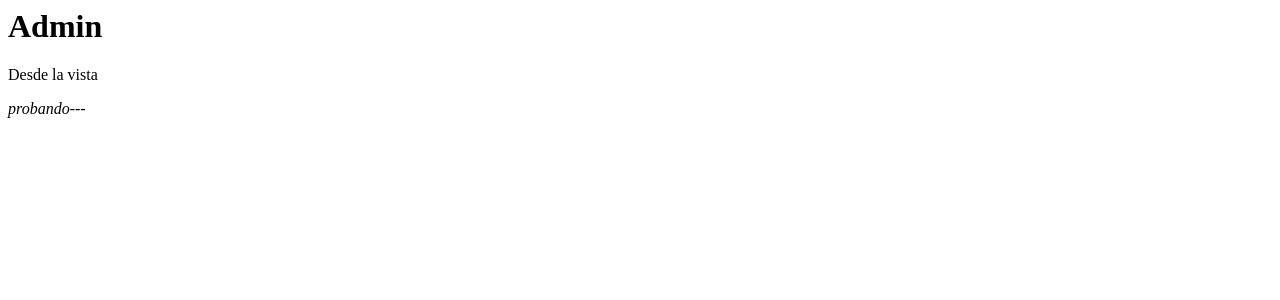
Repository: omoray99/BienesRaicesMVC
Page: http://localhost/views/Propiedades/admin.php
These files come from the project's save history. The page is drawn as it stood at one moment and after the next save; the edit follows.
The browser window is 1280 px wide. The pictures show the whole page.
The page is run by PHP 8.4 with error messages shown; the project is at /var/www/html/.

Above is the page before, as saved 2024-10-09 11:06:18.

### views/Propiedades/admin.php
<h1>Admin</h1>

<p>Desde la vista</p>

<em> probando---</em>

After the next save:
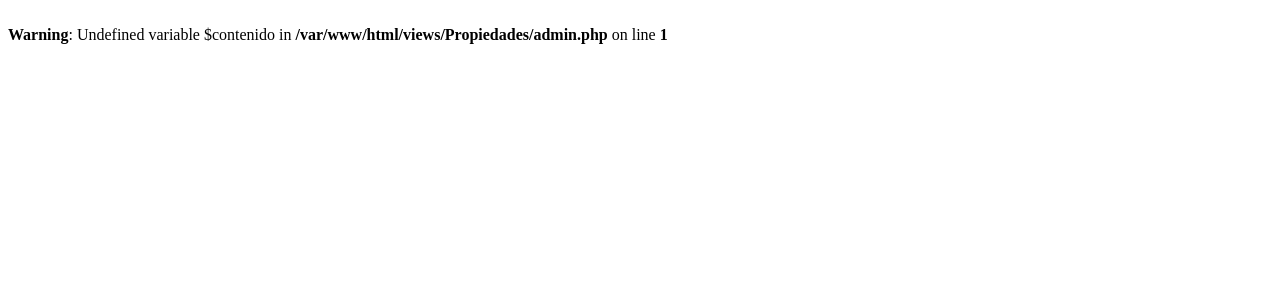
Saved 101 s later.
--- a/views/Propiedades/admin.php
+++ b/views/Propiedades/admin.php
@@ -1,5 +1 @@
-<h1>Admin</h1>
-
-<p>Desde la vista</p>
-
-<em> probando---</em>
+<?php  echo $contenido; ?>
